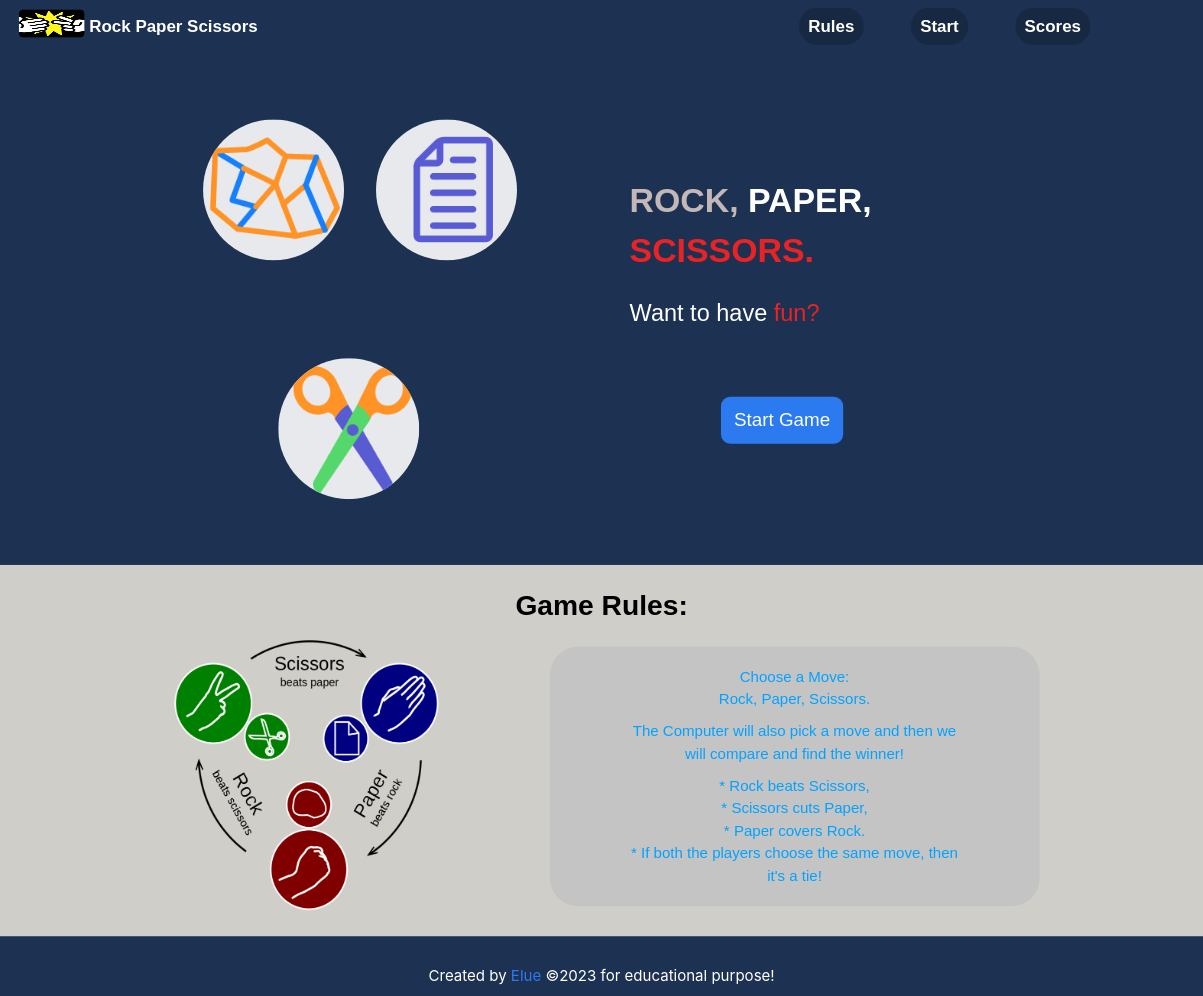
Repository: MikkyPrestige/rock-paper-scissors
Page: index.html
These files come from the project's save history. The page is drawn as it stood at one moment and after the next save; the edit follows.
The browser window is 1280 px wide. The pictures show the whole page, at 94% of full size.

Above is the page before, as saved 2023-05-08 06:07:57.

After the next save:
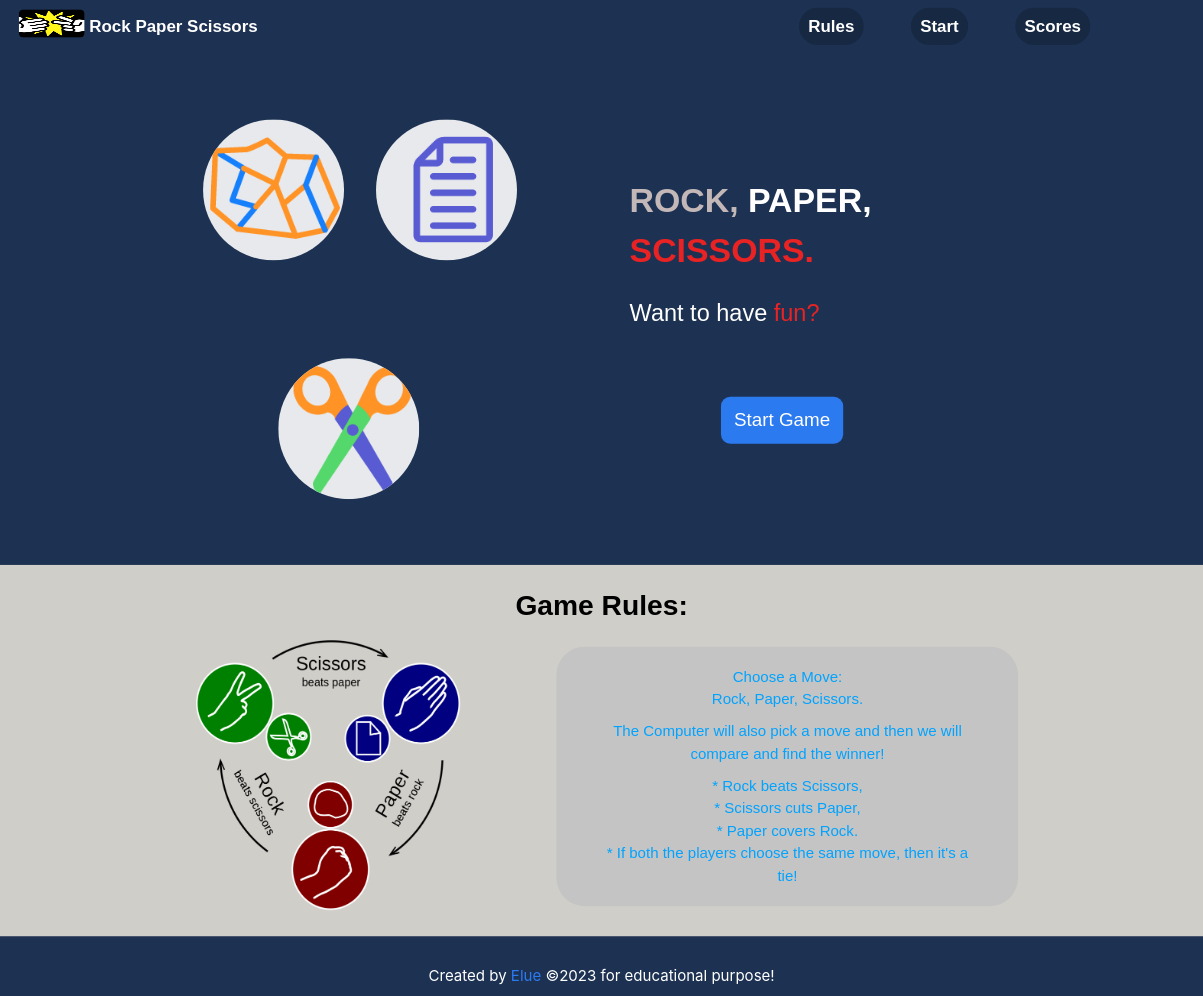
Saved 17 s later.
--- a/index.css
+++ b/index.css
@@ -228,7 +228,7 @@ li a:hover {
   background: #C4C4C4;
   width: 50%;
   text-align: center;
-  padding: 2rem 8rem;
+  padding: 2rem 5rem;
   border-radius: 3rem;
   -webkit-border-radius: 3rem;
   -moz-border-radius: 3rem;
